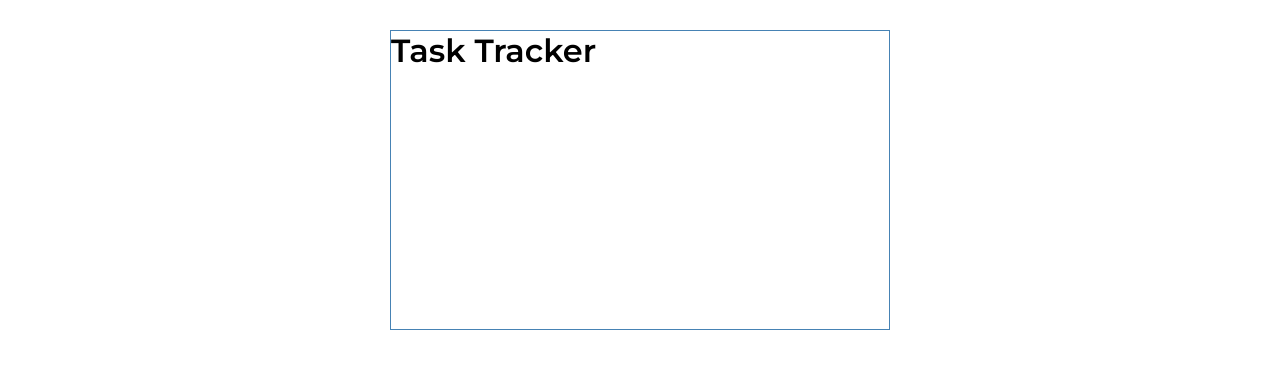
Repository: kate30980/task-tracker-reactjs
Page: /
An editor plug-in stored every save of this project. The page is shown before and after a run of saves, followed by the edit.
The browser window is 1280 px wide. The pictures show the whole page.
The project was rebuilt for these pictures with package versions that can differ from the ones it lists, and the page was loaded fresh each time.

Above is the page before, as saved 2021-09-19 14:36:55.

### public/index.html
<!DOCTYPE html>
<html lang="en">

<head>
  <meta charset="utf-8" />
  <link rel="icon" href="%PUBLIC_URL%/favicon.ico" />
  <meta name="viewport" content="width=device-width, initial-scale=1" />
  <meta name="theme-color" content="#000000" />
  <meta name="description" content="Web site created using create-react-app" />
  <link rel="apple-touch-icon" href="%PUBLIC_URL%/logo192.png" />
  <!--
      manifest.json provides metadata used when your web app is installed on a
      user's mobile device or desktop. See https://developers.google.com/web/fundamentals/web-app-manifest/
    -->
  <link rel="manifest" href="%PUBLIC_URL%/manifest.json" />
  <!--
      Notice the use of %PUBLIC_URL% in the tags above.
      It will be replaced with the URL of the `public` folder during the build.
      Only files inside the `public` folder can be referenced from the HTML.

      Unlike "/favicon.ico" or "favicon.ico", "%PUBLIC_URL%/favicon.ico" will
      work correctly both with client-side routing and a non-root public URL.
      Learn how to configure a non-root public URL by running `npm run build`.
    -->
  <title>Task Tracker</title>
</head>

<body>
  <noscript>You need to enable JavaScript to run this app.</noscript>
  <div id="root"></div>
  <!--
      This HTML file is a template.
      If you open it directly in the browser, you will see an empty page.

      You can add webfonts, meta tags, or analytics to this file.
      The build step will place the bundled scripts into the <body> tag.

      To begin the development, run `npm start` or `yarn start`.
      To create a production bundle, use `npm run build` or `yarn build`.
    -->
</body>

</html>

### src/index.css

@import url('https://fonts.googleapis.com/css2?family=Montserrat:wght@300;400;600&display=swap');

*{
  box-sizing: border-box;
  margin:0;
  padding:0;
}

body {
  font-family: 'Montserrat', sans-serif;
}

.container {
  max-width: 500px;
  margin: 30px auto;
  overflow: auto;
  min-height: 300px;
  border: 1px solid steelblue;

}
.btn{
  display: inline-block;
  background: #000;color: #fff;
  border: none;
  padding: 10px 20px;
  margin: 5px;
  border-radius:5px;
  cursor: pointer;
  text-decoration: none;
  font-size: 15px;
  font-family: inherit;
}
.btn:focus{
  outline: none;
}
.event{
  background:#f4f4f4;
  margin: 5px;
  padding: 10px 20px;
  cursor: pointer;
}
.event .reminder{
  border-left: 5px solid green;
}
.event h3{
  display: flex;
  align-items:center;
  justify-content: space-between;
}
.add-form{
  margin-bottom: 40px;
}
.from-control{
  margin: 20px 0;
}
.from-control label {
  display: block;
}
.form-control-check label{
  flex: 1;
}
.form-control-check input {
  flex: 2;
  height: 20px;
}
footer{
  margin-top: 30px;
  text-align: center;
}

### src/components/Header.js
import PropTypes from "prop-types";

const Header = ({ title }) => {
  return (
    <header>
      <h1>{title}</h1>
    </header>
  );
};

Header.defaultProps = {
  title: "Task Tracker",
};

Header.propTypes = {
  title: PropTypes.string.isRequired,
};
// css in js
// const headingStyle = {
//   color: "red",
//   backgroundColor: "black",
// };
export default Header;

Loaded but not shown: src/index.js (common file); src/App.js (common file); src/reportWebVitals.js (common file)

After the next 2 saves:
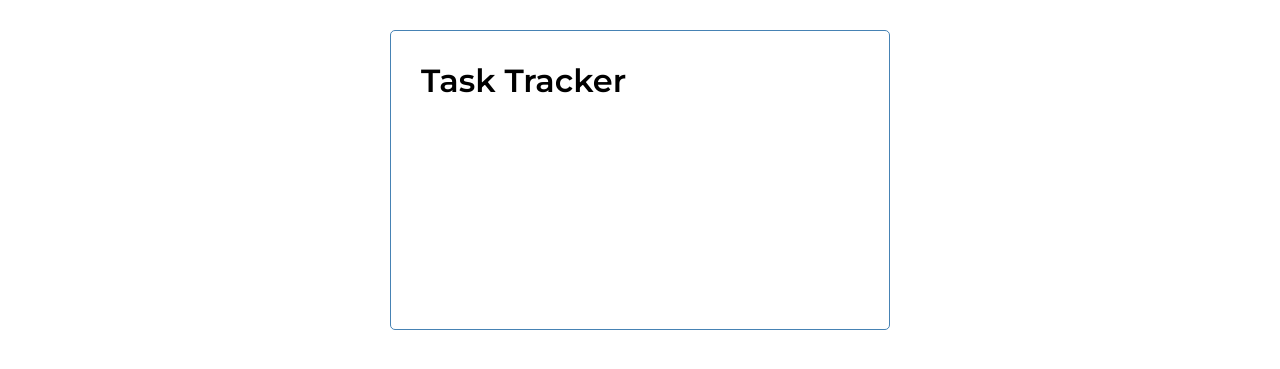
The 2 saves are shown as one change because they came seconds apart.
The last was saved 19 s later.
--- a/src/index.css
+++ b/src/index.css
@@ -17,7 +17,8 @@ body {
   overflow: auto;
   min-height: 300px;
   border: 1px solid steelblue;
-
+  padding: 30px;
+  border-radius: 5px;
 }
 .btn{
   display: inline-block;
